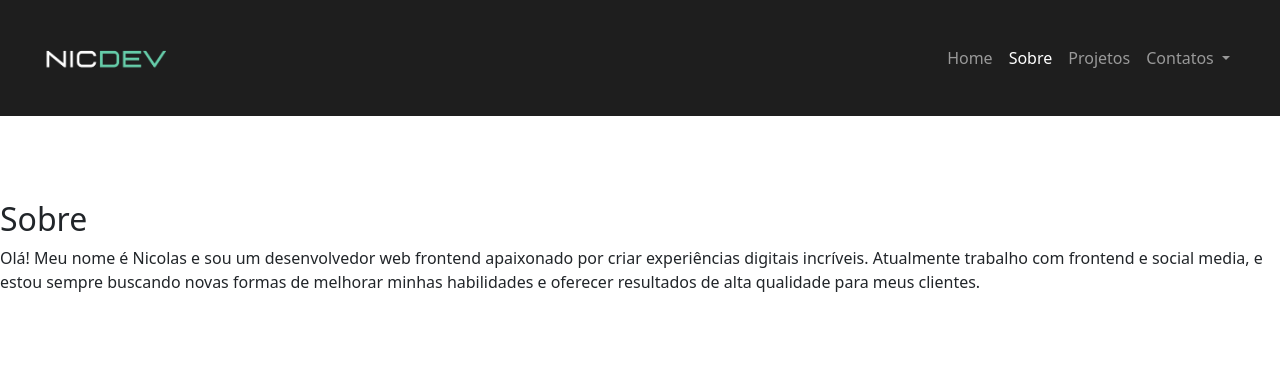
Repository: Leonngc/nicdev
Page: about.html
An editor plug-in stored every save of this project. The page is shown before and after the next save, followed by the edit.
The browser window is 1280 px wide. The pictures show the whole page.

Above is the page before, as saved 2023-04-15 13:40:44.

After the next save:
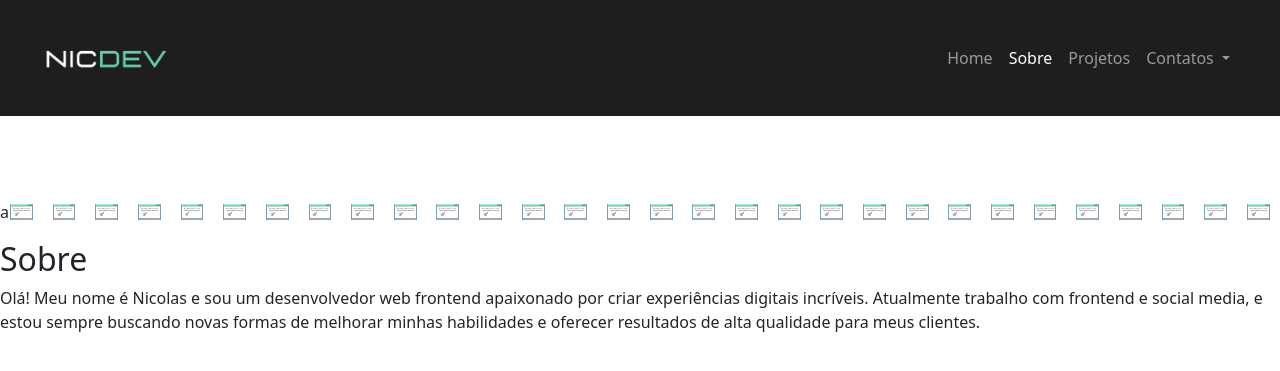
Saved 7 s later.
--- a/about.html
+++ b/about.html
@@ -51,7 +51,7 @@
 <main>
 
 <div class="background">
-
+<p>a</p>
 </div>
 
 <h2>Sobre</h2>
